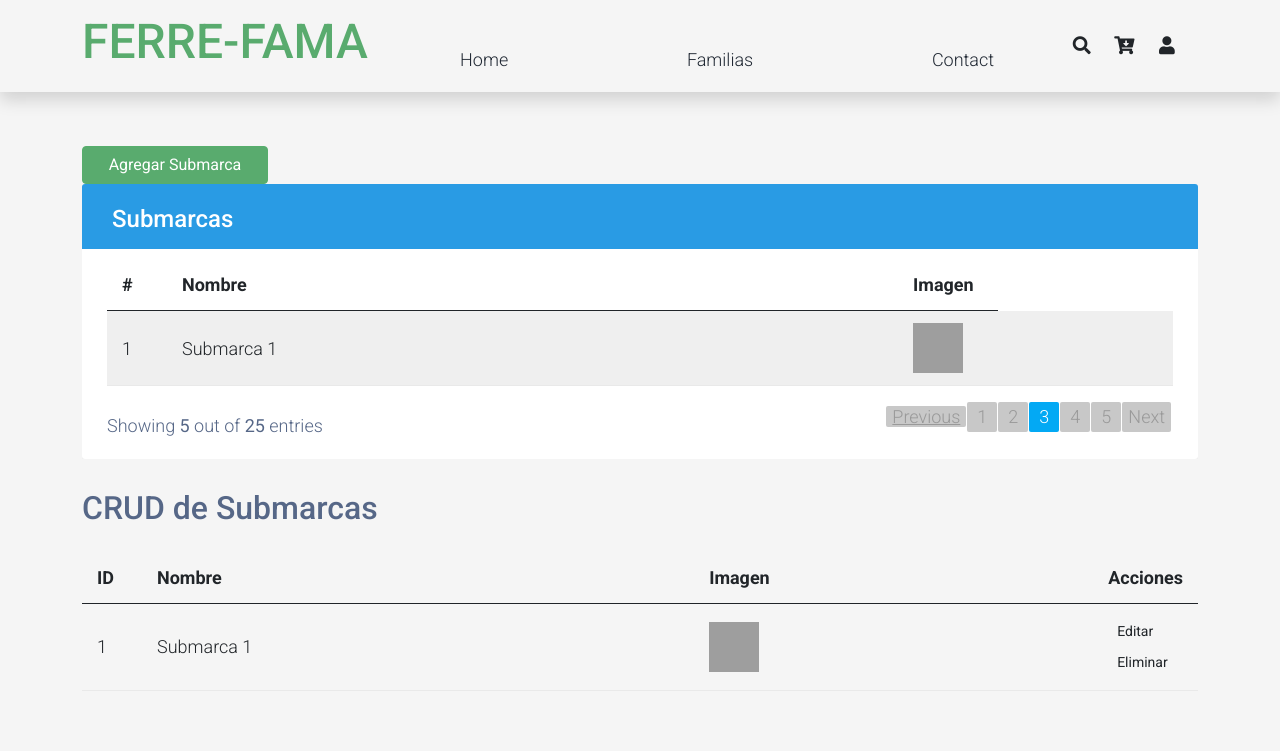
Repository: Yaqode/front-fama
Page: http://localhost/multimedia/Views/marcas.php
These files come from the project's save history. The page is drawn as it stood at one moment and after the next save; the edit follows.
The browser window is 1280 px wide. The pictures show the whole page.
Pictures or frames that could not be fetched are drawn as grey boxes. The page is run by PHP 8.4 with error messages shown; the project is at /var/www/html/.

Above is the page before, as saved 2023-12-07 11:19:06.

After the next save:
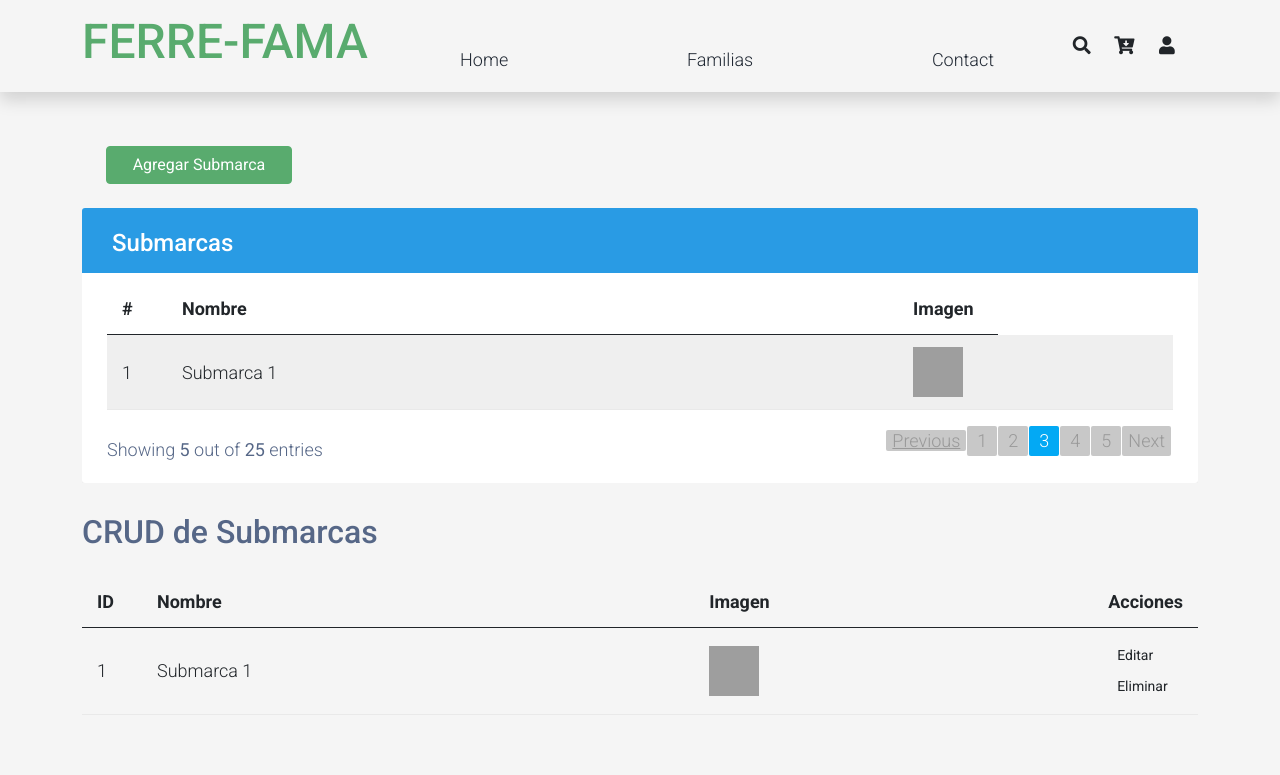
Saved 7 s later.
--- a/Views/marcas.php
+++ b/Views/marcas.php
@@ -242,7 +242,7 @@
 <div class="container-xl">
     <div class="table-responsive">
         <!-- Botón para abrir el modal de agregar submarca -->
-        <button type="button" class="btn btn-success text-white mt-4 col-2 sm-4" data-bs-toggle="modal"
+        <button type="button" class="btn btn-success text-white mt-4 col-2 m-sm-4" data-bs-toggle="modal"
                 data-bs-target="#modalSubmarca">
                 Agregar Submarca
             </button>
